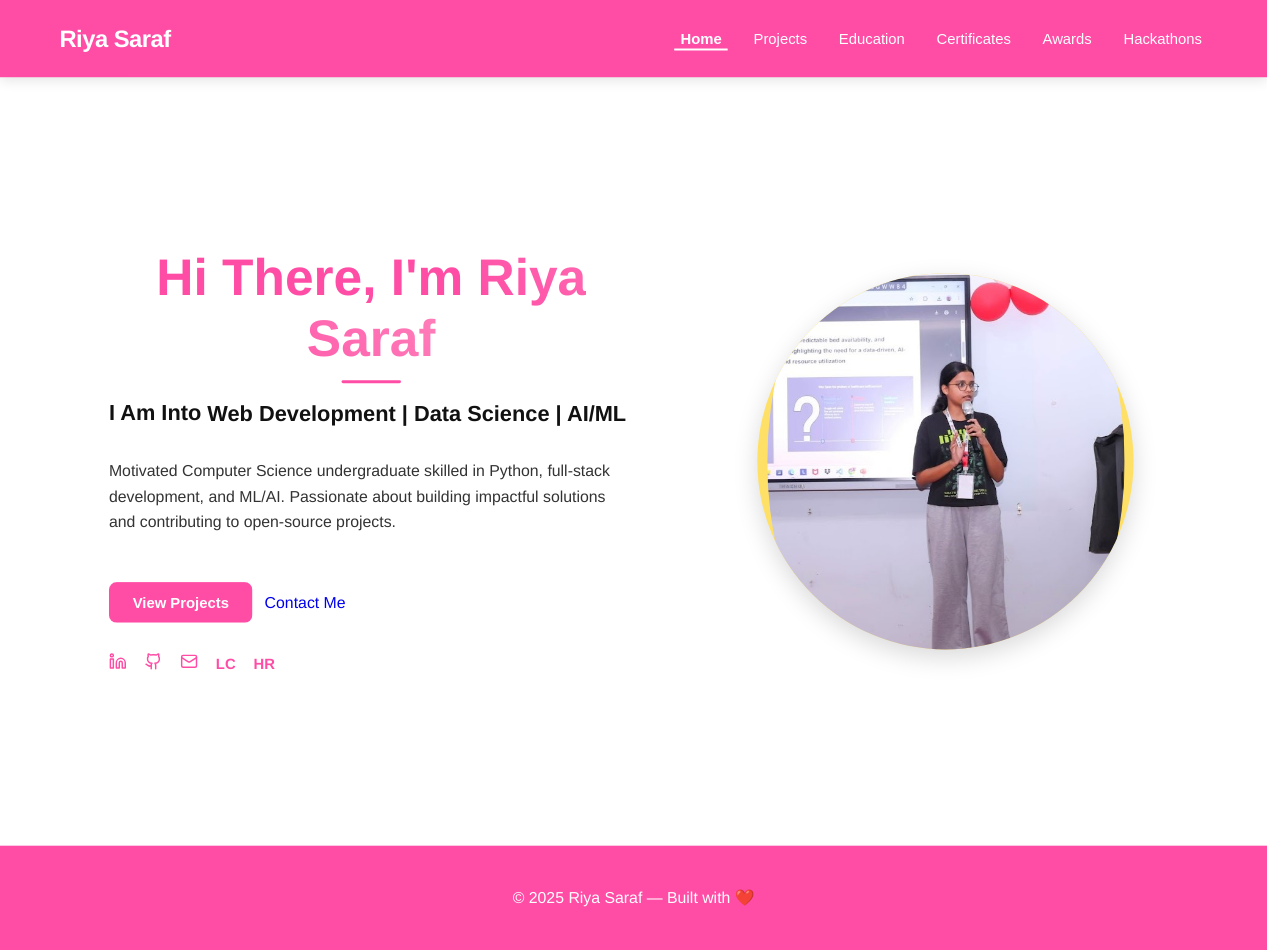
Repository: riyaaaa19/riya-portfolio
Page: /
The author's editor kept a copy of each file at every save. The page is drawn from the files as they stood at one save, then again after the next save.
The browser window is 1280 px wide. The pictures show the whole page, at 99% of full size.
The project was rebuilt for these pictures with package versions that can differ from the ones it lists, and the page was loaded fresh each time. Also part of the build but not shown: src/components/TimelineCard.js.

Above is the page before, as saved 2025-09-13 18:47:33.

After the next save:
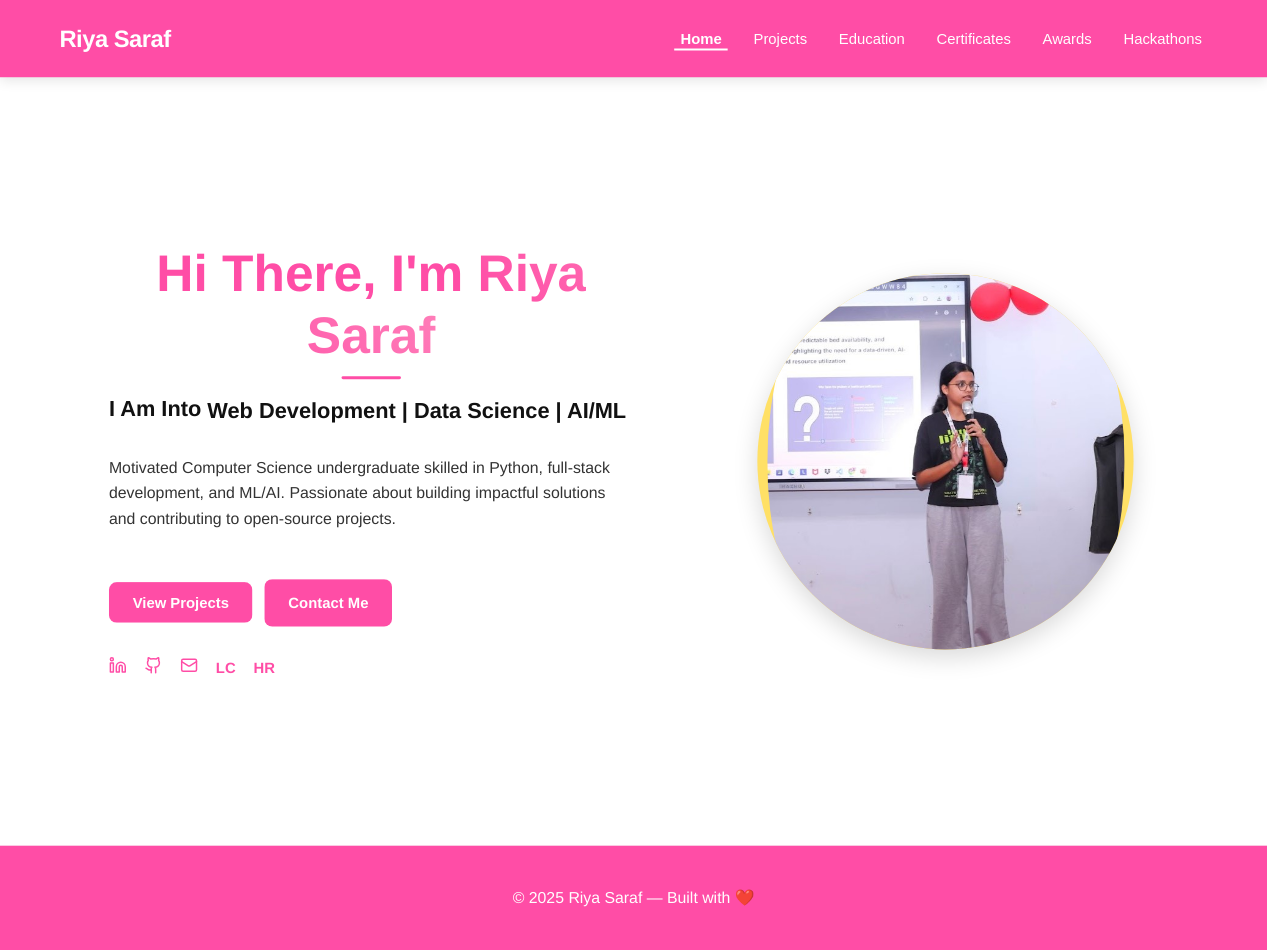
Saved 57 s later.
--- a/src/styles.css
+++ b/src/styles.css
@@ -225,6 +225,27 @@ button.outline:hover {
     background: #ff4da6;
     color: white;
 }
+/* Make <a class="cta"> look like button */
+a.cta {
+    display: inline-block;
+    margin-right: 12px;
+    padding: 10px 22px;
+    font-size: 15px;
+    font-weight: 600;
+    border-radius: 8px;
+    border: 2px solid transparent;
+    cursor: pointer;
+    transition: all 0.25s ease;
+    background: #ff4da6;
+    color: white;
+    text-decoration: none;
+    text-align: center;
+}
+
+a.cta:hover {
+    background: #e04494;
+}
+
 
 /* ===== Social Icons ===== */
 .social-icons {
